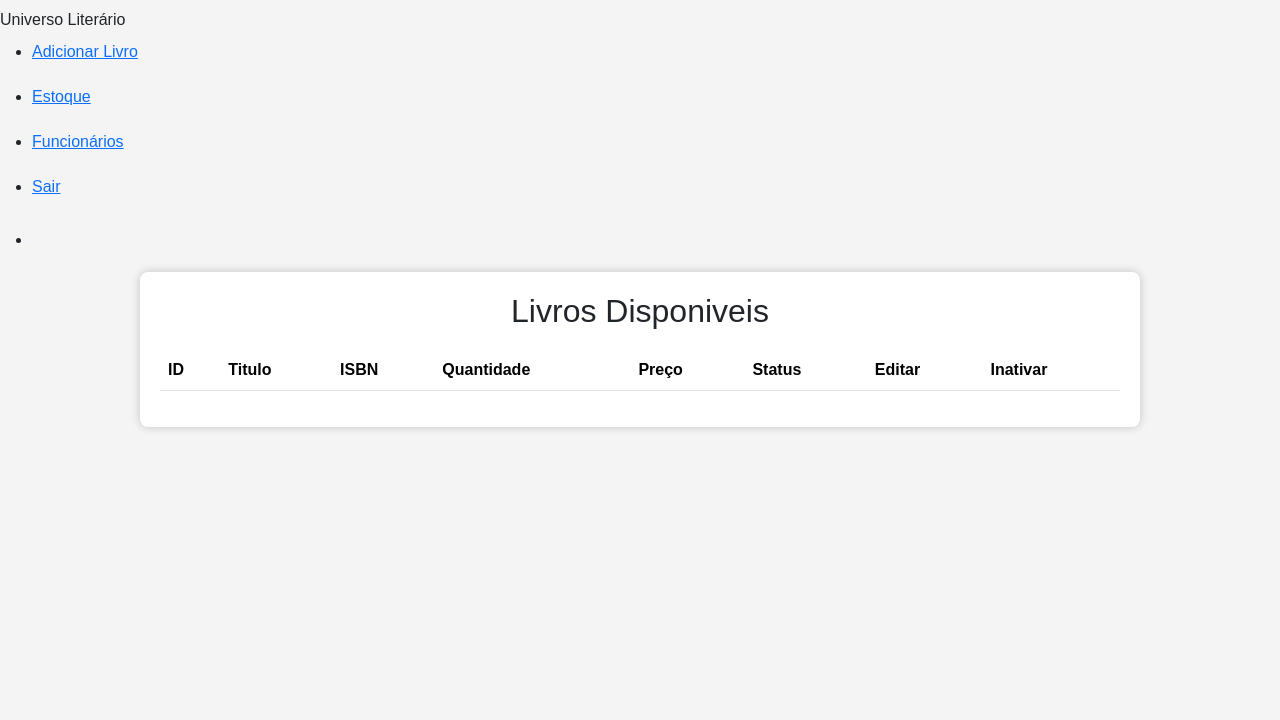
Repository: isabeli2203/tcc-final-agr-vai-oficial
Page: http://localhost/EstoqueADM
The author's editor kept a copy of each file at every save. The page is drawn from the files as they stood at one save, then again after the next save.
The browser window is 1280 px wide. The pictures show the whole page.
The page is this project's Thymeleaf template; nobody is signed in. The template is opened directly, without the code that normally fills it, so the values that code supplies are empty.

Above is the page before, as saved 2023-10-14 17:56:51.

### universoliterario/src/main/resources/templates/EstoqueADM.html
<!DOCTYPE html>
<html lang="en">

<head>
	<meta charset="UTF-8">
	<meta name="viewport" content="width=device-width, initial-scale=1.0">
	<title>Lista de Livros</title>

	<script src="https://cdn.jsdelivr.net/npm/bootstrap@5.3.1/dist/js/bootstrap.min.js"
		integrity="sha384-Rx+T1VzGupg4BHQYs2gCW9It+akI2MM/mndMCy36UVfodzcJcF0GGLxZIzObiEfa"></script>
	<link href="https://cdn.jsdelivr.net/npm/bootstrap@5.3.1/dist/css/bootstrap.min.css" rel="stylesheet"
		integrity="sha384-4bw+/aepP/YC94hEpVNVgiZdgIC5+VKNBQNGCHeKRQN+PtmoHDEXuppvnDJzQIu9" crossorigin="anonymous">
	<style>
		body {
			font-family: Arial, sans-serif;
			margin: 0;
			padding: 0;
			background-color: #f4f4f4;
		}

		.container {
			max-width: 1000px;
			margin: 20px auto;
			padding: 20px;
			background-color: #fff;
			border-radius: 8px;
			box-shadow: 0 0 10px rgba(0, 0, 0, 0.2);
		}

		h2 {
			text-align: center;
			margin-bottom: 20px;
		}

		.btn {
			background-color: #603fb6;
			color: #fff;
			padding: 5px 10px;
			border: none;
			border-radius: 4px;
			cursor: pointer;
			margin-left: 10px;
		}

		.btn-danger {
			background-color: #a682ff;
		}
	</style>
</head>

<body>
	<header>
			<nav class="navbar">
				<div class="logo">Universo Literário</div>
			</nav>


	</header>
	<!--header acabou-->

	<section class="main">

		<div class="sidebar">

			<div class="logo_details">

				<i class="bx bx-menu" id="btn"></i>
			</div>
			<ul class="nav-list">

				<li>
					<a href="/universoliterario/funcionario/AdicionarLivroADM">
						<i class='bx bx-book-add'></i>
						<span class="link_name">Adicionar Livro</span>
					</a>
					<span class="tooltip">Adicionar Livro</span>
				</li>

				<li>
					<a href="/universoliterario/funcionario/EstoqueADM">
						<i class='bx bx-box' ></i>
						<span class="link_name">Estoque</span>
					</a>
					<span class="tooltip">Estoque</span>
				</li>

				<li>
					<a href="/universoliterario/funcionario/listaFun">
						<i class='bx bxs-user-circle' ></i>
						<span class="link_name">Funcionários</span>
					</a>
					<span class="tooltip">Funcionários</span>
				</li>

				<li>
					<a href="/universoliterario/funcionario/login">
					  <i class="bx bx-log-out" id="log_out"></i>
					  <span class="link_name">Sair</span>
					</a>
					<span class="tooltip">Sair</span>
				  </li>

				<li class="profile">
					<div class="profile_details">
						<div class="profile_content">
							<h1 class="name"><span th:text="${session.funclogado.nome}"></span></h1>
							<h1 class="designation"><span th:text="${session.funclogado.acesso}"></span></h1>
						</div>
					</div>
				</li>
			</ul>
		</div>

			</div>
		</form>
		<div class="container">
		<h2>Livros Disponiveis</h2>

		<table class="table">
			<thead>
				<tr>

					<th scope="col">ID</th>
					<th scope="col">Titulo</th>
					<th scope="col">ISBN</th>
					<th scope="col">Quantidade</th>
					<th scope="col">Preço</th>
					<th scope="col">Status</th>
					<th scope="col">Editar</th>
					<th scope="col">Inativar</th>

				</tr>
			</thead>
			<tbody>
				<tr th:each="livro : ${livros}">
					<td th:text="${livro.id}"></td>
					<td th:text="${livro.titulo}"></td>
					<td th:text="${livro.isbn}"></td>
					<td th:text="${livro.quantidade}"></td>
					<td th:text="${livro.preco}"></td>
					<td th:text="${livro.statusLivro}"></td>
					<td><a th:href="@{/universoliterario/livros/EditarLivroADM/{id}(id=${livro.id})}"
							class="btn  btn-success btn-sm pb-0">
							Editar
						</a></td>
					<td><a th:href="@{/universoliterario/livros/inativarADM/{id}(id=${livro.id})}"
							class="btn  btn-success btn-sm pb-0">
							Inativar
						</a></td>
				</tr>
			</tbody>
		</table>
	</div>
</body>

</html>

### universoliterario/src/main/resources/static/css/ListaFunc.css
* {
  margin: 0;
  padding: 0;
  box-sizing: border-box;
  overflow: hidden;
}

html,
body {
  height: 100%;
  font-family: Arial, Helvetica, sans-serif;
}

header {
  background-color: #000000;
  padding: 5px 2%;
  height: 80px;
}
.api {
  margin-top: -8%;
  margin-left: 25%;
  width: 60%;
  height: 70%;
  display: flex;
  overflow: auto;
}

#logo {
  height: 7px;
  padding: 7px 2%;
  height: 80px;
  margin-top: -57px;
}

.logo h2 {
  font-size: 15px;
  float: right;
  color: white;
  margin-top: 85px;
  text-align: center;
  display: flex;
  margin-top: 20px;
  margin-left: 20px;
}

.icon-header h2 {
  font-size: 15px;
  float: right;
  color: black;
  margin-top: 85px;
  text-align: center;
  display: flex;
  margin-top: 15%;
  margin-left: 20px;
}

.logo-um h2 {
  font-size: 15px;
  margin-top: 85px;
}

.info-header {
  color: white;
  display: flex;
  justify-content: space-between;
  margin: auto 10px;
  margin-top: 5px;
}

.logo {
  margin-top: 5px;
}

.icon-header img {
  height: 40px;
  width: 40px;
  margin-top: 10%;
}

.main {
  display: flex;
  flex-wrap: wrap;
  height: 100%;
}

.main {
  background-color: rgb(255, 255, 255);
}


.barrapesquisa {
  margin-top: -2px;
  align-items: center;
  text-align: center;

}

#barrapesq {
  margin-left: 78.60rem;
  margin-top: 7.30%;
  width: 200px;
  height: 35px;
  border-radius: 10px;
}

#inputBarraPesc{
  margin-top: -7px;
  border-radius: 10px;
  height: 35px;
}

:root {
  --color-default: #000000;
  --color-white: #fff;
  --color-body: #e4e9f7;
  --color-light: #e0e0e0;
}

.sidebar {
  min-height: 100vh;
  width: 110px;
  padding: 6px 14px;
  z-index: 99;
  background-color: var(--color-default);
  transition: all 0.5s ease;
  position: fixed;
  top: 80px;
  left: 0;
}

.sidebar.open {
  width: 310px;
}

.sidebar .logo_details {
  height: 60px;
  display: flex;
  align-items: center;
  position: relative;
}

.sidebar .logo_details .icon {
  opacity: 0;
  transition: all 0.5s ease;
}

.sidebar .logo_details .logo_name {
  color: var(--color-white);
  font-size: 21px;
  font-weight: 700;
  opacity: 0;
  transition: all 0.5s ease;
}

.sidebar.open .logo_details .icon,
.sidebar.open .logo_details .logo_name {
  opacity: 1;
}

.sidebar .logo_details #btn {
  position: absolute;
  top: 50%;
  right: 10px;
  transform: translateY(-50%);
  font-size: 23px;
  text-align: center;
  cursor: pointer;
  transition: all 0.5s ease;
  margin-left: 5pt;
}

.sidebar.open .logo_details #btn {
  text-align: right;
}

.sidebar i {
  margin-left: 10px;
  color: var(--color-white);
  height: 60px;
  line-height: 60px;
  min-width: 50px;
  font-size: 25px;
  text-align: center;
}

.sidebar .nav-list {
  margin-top: 20px;
  height: 100%;
}

.sidebar li {
  position: relative;
  margin: 8px 0;
  list-style: none;
}

.sidebar li .tooltip {
  position: absolute;
  top: -20px;
  left: calc(100% + 15px);
  z-index: 3;
  background-color: var(--color-white);
  box-shadow: 0 5px 10px rgba(0, 0, 0, 0.3);
  padding: 6px 14px;
  font-size: 15px;
  font-weight: 400;
  border-radius: 5px;
  white-space: nowrap;
  opacity: 0;
  pointer-events: none;
}

.sidebar li:hover .tooltip {
  opacity: 1;
  pointer-events: auto;
  transition: all 0.5s ease;
  top: 50%;
  transform: translateY(-50%);
}

.sidebar.open li .tooltip {
  display: none;
}

.sidebar input::placeholder {
  color: var(--color-light);
}

.sidebar.open input {
  width: 100%;
  padding: 0 20px 0 50px;
}

.sidebar li a {
  margin-left: -20px;
  display: flex;
  height: 100%;
  width: 100%;
  align-items: center;
  text-decoration: none;
  background-color: var(--color-default);
  position: relative;
  transition: all 0.5s ease;
  z-index: 12;
}

.sidebar li a::after {
  content: "";
  position: absolute;
  width: 100%;
  height: 100%;
  transform: scaleX(0);
  background-color: var(--color-white);
  border-radius: 5px;
  transition: transform 0.3s ease-in-out;
  transform-origin: left;
  z-index: -2;
}

.sidebar li a:hover::after {
  transform: scaleX(1);
  color: var(--color-default);
}

.sidebar li a .link_name {
  color: var(--color-white);
  font-size: 15px;
  font-weight: 400;
  white-space: nowrap;
  pointer-events: auto;
  transition: all 0.4s ease;
  pointer-events: none;
  opacity: 0;
}

.sidebar li a:hover .link_name,
.sidebar li a:hover i {
  transition: all 0.5s ease;
  color: var(--color-default);
}

.sidebar.open li a .link_name {
  opacity: 1;
  pointer-events: auto;
}

.sidebar li i {
  height: 35px;
  line-height: 35px;
  font-size: 18px;
  border-radius: 5px;
}

.sidebar li.profile {
  position: fixed;
  height: 60px;
  width: 78px;
  left: 0;
  bottom: -8px;
  padding: 10px 14px;
  overflow: hidden;
  transition: all 0.5s ease;
}

.sidebar.open li.profile {
  width: 250px;
}

.sidebar .profile .profile_details {
  display: flex;
  align-items: center;
  flex-wrap: nowrap;
}

.sidebar li.profile .name,
.sidebar li.profile .designation {
  font-size: 17px;
  font-weight: 400;
  color: var(--color-white);
  white-space: nowrap;
}

.sidebar li.profile .designation {
  font-size: 12px;
}

.sidebar .profile #log_out {
  position: absolute;
  top: 50%;
  right: 0;
  transform: translateY(-50%);
  background-color: var(--color-default);
  width: 100%;
  height: 60px;
  line-height: 60px;
  border-radius: 5px;
  cursor: pointer;
  transition: all 0.5s ease;
}

.sidebar.open .profile #log_out {
  width: 50px;
  background: none;
}


body {
  margin: 0;
  padding: 0;
  font-family: Arial, sans-serif;
}

.navbar {
  background-color: #000000;
  color: #fff;
  display: flex;
  justify-content: space-between;
  align-items: center;
  padding: 10px 20px;
}

.logo {
  font-size: 24px;
  font-weight: bold;
}

.nav-links {
  list-style: none;
  display: flex;
  margin: 0;
  padding: 0;
}

.nav-links li {
  margin-right: 20px;
}

.nav-links a {
  text-decoration: none;
  color: #fff;
}

.search {
  display: flex;
  align-items: center;
}

#searchInput {
  padding: 5px;
  border: none;
  border-radius: 3px;
  margin-right: 10px;
}

#searchButton {
  background-color: #000000;
  color: #fff;
  border: none;
  border-radius: 2px;
  padding-top: 5px 5px;
  cursor: pointer;
}

After the next save:
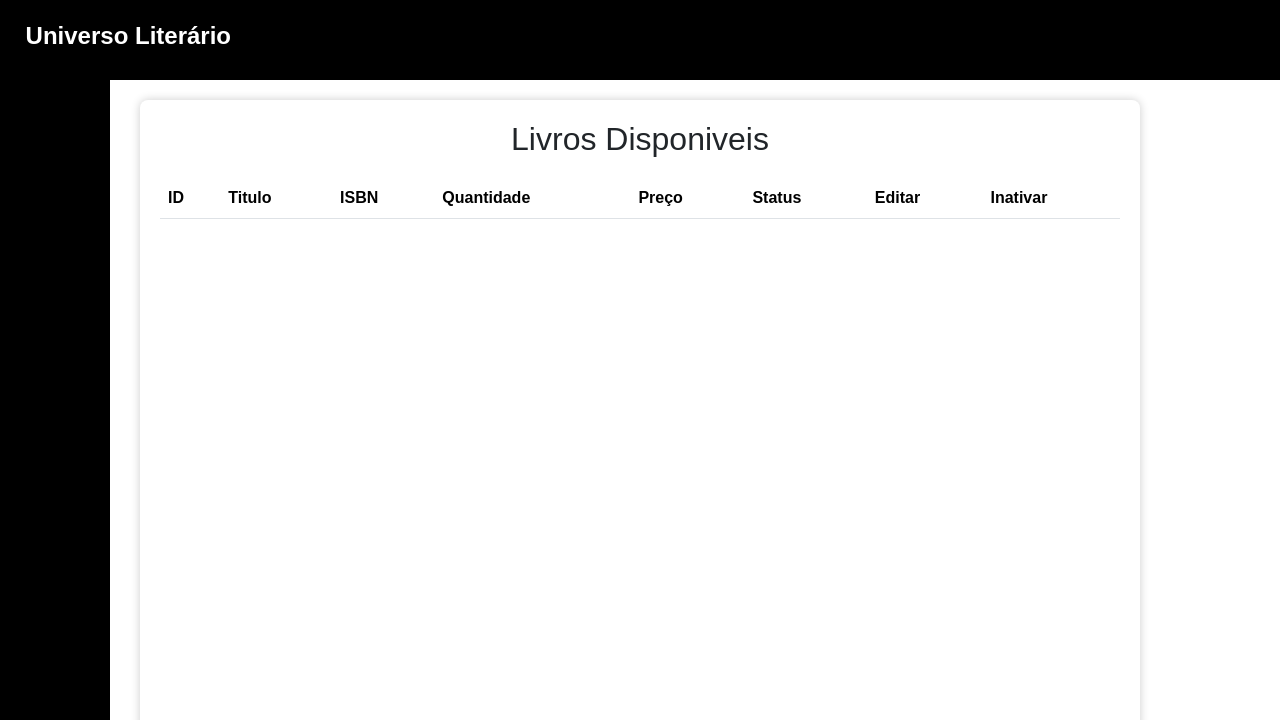
Saved 35 s later.
--- a/universoliterario/src/main/resources/templates/EstoqueADM.html
+++ b/universoliterario/src/main/resources/templates/EstoqueADM.html
@@ -5,6 +5,8 @@
 	<meta charset="UTF-8">
 	<meta name="viewport" content="width=device-width, initial-scale=1.0">
 	<title>Lista de Livros</title>
+
+	<link rel="stylesheet" href="/css/ListaFunc.css">
 
 	<script src="https://cdn.jsdelivr.net/npm/bootstrap@5.3.1/dist/js/bootstrap.min.js"
 		integrity="sha384-Rx+T1VzGupg4BHQYs2gCW9It+akI2MM/mndMCy36UVfodzcJcF0GGLxZIzObiEfa"></script>
